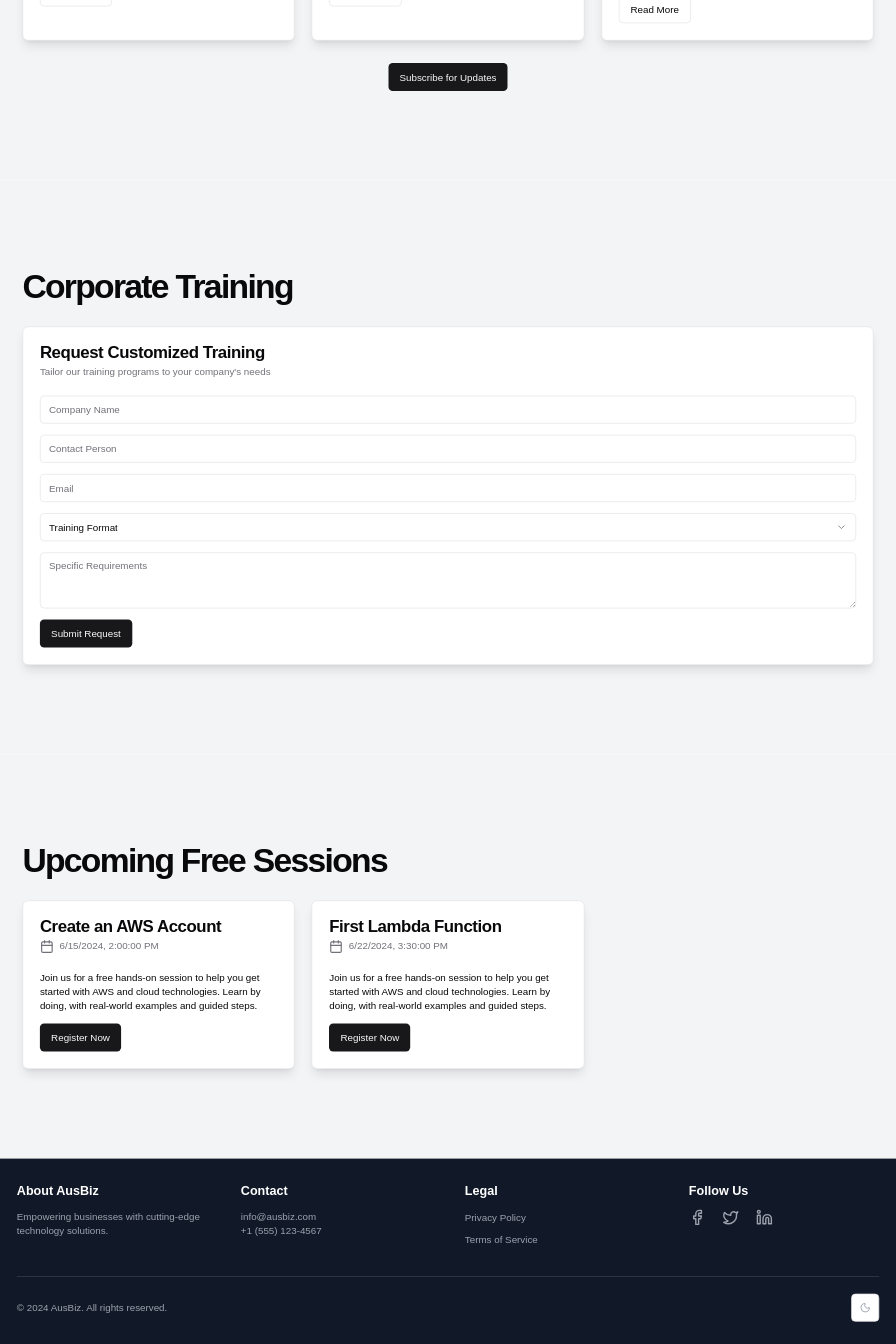
Repository: DiwanMalla/ausbizdemo1
Page: /
The author's editor kept a copy of each file at every save. The page is drawn from the files as they stood at one save, then again after the next save.
The browser window is 1280 px wide. The pictures show the part of the page from y = 4363 to 6283 px (the page is 6283 px tall before and 6263 px after), at 70% of full size.
The project was rebuilt for these pictures with package versions that can differ from the ones it lists, and the page was loaded fresh each time. The framework's server and built-in components were replaced by stand-ins that run in the browser. Also part of the build but not shown: next.config.ts.

Above is the page before, as saved 2024-11-09 19:03:27.

After the next save:
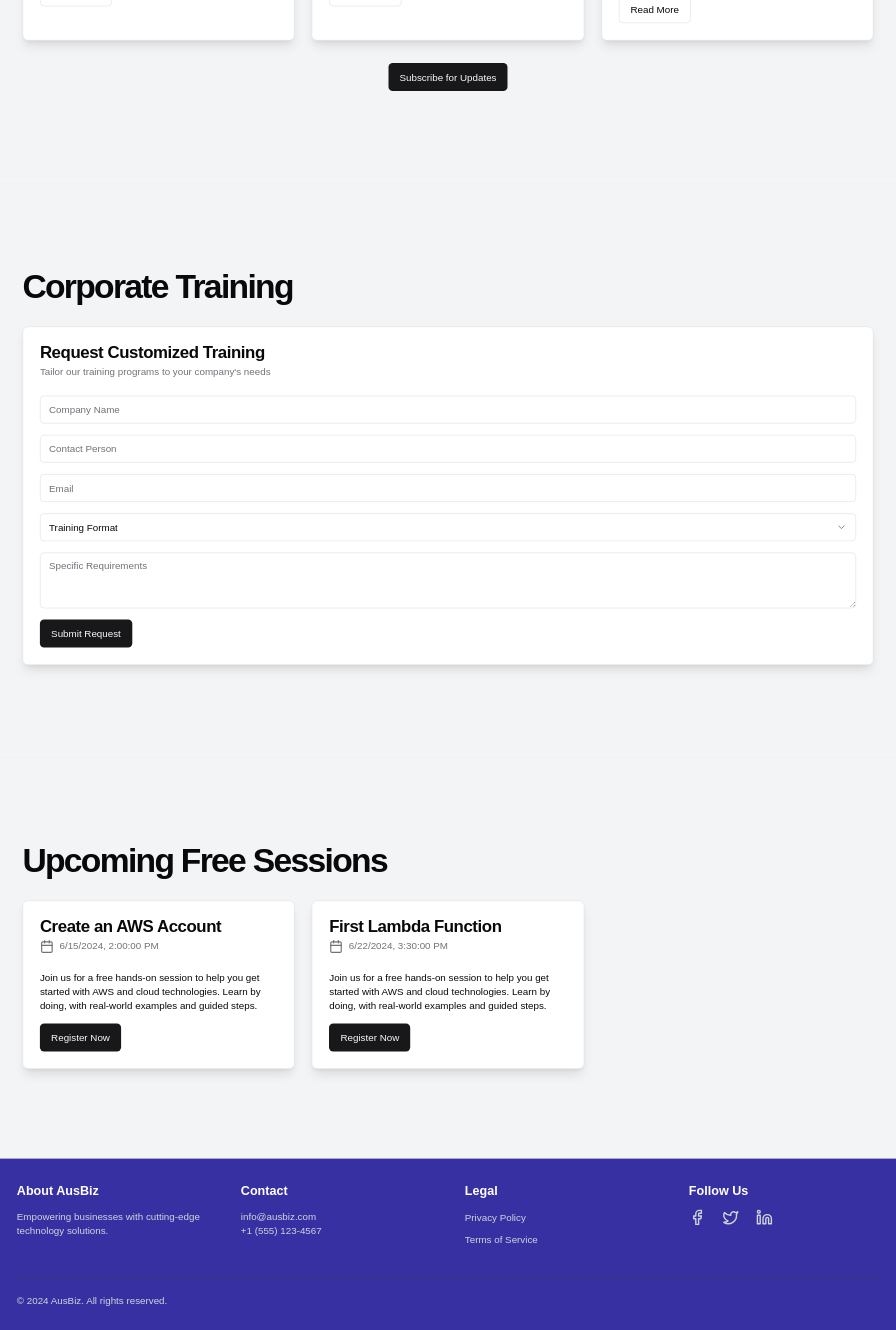
Saved 2 min 39 s later.
--- a/components/Footer.tsx
+++ b/components/Footer.tsx
@@ -1,38 +1,32 @@
 import { Button } from "@/components/ui/button";
-import {
-  FacebookIcon,
-  TwitterIcon,
-  LinkedinIcon,
-  MoonIcon,
-  SunIcon,
-} from "lucide-react";
+import { FacebookIcon, TwitterIcon, LinkedinIcon } from "lucide-react";
 
-export default function Footer({ isDarkMode, toggleDarkMode }) {
+export default function Footer() {
   return (
-    <footer className="w-full py-8 bg-gray-900 text-white dark:bg-gray-800">
+    <footer className="w-full py-8 bg-indigo-800 text-white shadow-lg">
       <div className="container px-4 md:px-6">
         <div className="grid gap-12 sm:grid-cols-1 md:grid-cols-4">
           <div>
             <h3 className="text-lg font-semibold mb-3">About AusBiz</h3>
-            <p className="text-sm text-gray-400">
+            <p className="text-sm text-gray-300">
               Empowering businesses with cutting-edge technology solutions.
             </p>
           </div>
           <div>
             <h3 className="text-lg font-semibold mb-3">Contact</h3>
-            <p className="text-sm text-gray-400">info@ausbiz.com</p>
-            <p className="text-sm text-gray-400">+1 (555) 123-4567</p>
+            <p className="text-sm text-gray-300">info@ausbiz.com</p>
+            <p className="text-sm text-gray-300">+1 (555) 123-4567</p>
           </div>
           <div>
             <h3 className="text-lg font-semibold mb-3">Legal</h3>
             <ul className="space-y-2">
               <li>
-                <a href="#" className="text-sm hover:underline text-gray-400">
+                <a href="#" className="text-sm hover:underline text-gray-300">
                   Privacy Policy
                 </a>
               </li>
               <li>
-                <a href="#" className="text-sm hover:underline text-gray-400">
+                <a href="#" className="text-sm hover:underline text-gray-300">
                   Terms of Service
                 </a>
               </li>
@@ -42,29 +36,21 @@ export default function Footer({ isDarkMode, toggleDarkMode }) {
             <h3 className="text-lg font-semibold mb-3">Follow Us</h3>
             <div className="flex space-x-6">
               <a href="#" aria-label="Facebook">
-                <FacebookIcon className="w-6 h-6 text-gray-400 hover:text-blue-500 transition-colors" />
+                <FacebookIcon className="w-6 h-6 text-gray-300 hover:text-blue-600 transition-colors" />
               </a>
               <a href="#" aria-label="Twitter">
-                <TwitterIcon className="w-6 h-6 text-gray-400 hover:text-blue-400 transition-colors" />
+                <TwitterIcon className="w-6 h-6 text-gray-300 hover:text-blue-400 transition-colors" />
               </a>
               <a href="#" aria-label="LinkedIn">
-                <LinkedinIcon className="w-6 h-6 text-gray-400 hover:text-blue-600 transition-colors" />
+                <LinkedinIcon className="w-6 h-6 text-gray-300 hover:text-blue-700 transition-colors" />
               </a>
             </div>
           </div>
         </div>
         <div className="mt-10 flex justify-between items-center border-t border-gray-700 pt-6">
-          <p className="text-sm text-gray-400">
+          <p className="text-sm text-gray-300">
             &copy; 2024 AusBiz. All rights reserved.
           </p>
-          <Button variant="outline" size="icon" onClick={toggleDarkMode}>
-            {isDarkMode ? (
-              <SunIcon className="h-[1.2rem] w-[1.2rem] text-yellow-500" />
-            ) : (
-              <MoonIcon className="h-[1.2rem] w-[1.2rem] text-gray-400" />
-            )}
-            <span className="sr-only">Toggle theme</span>
-          </Button>
         </div>
       </div>
     </footer>
